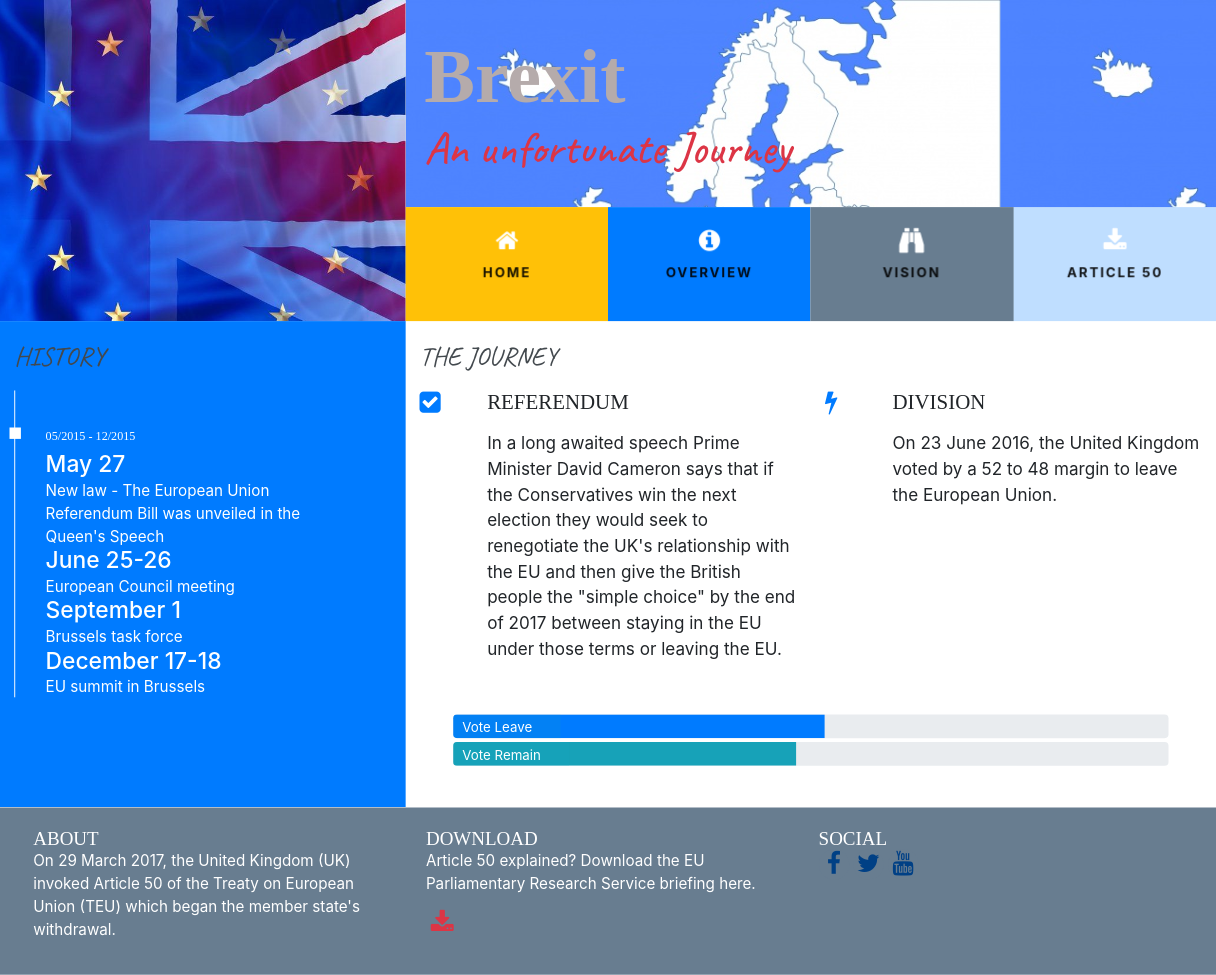
Repository: isiko1/Milestone_Project_One
Page: overview.html
The author's editor kept a record of every edit. The page is drawn from the files as they stood at one moment, then again after the next edit.
The browser window is 1280 px wide. The pictures show the whole page, at 95% of full size.
Some web fonts or font styles are not loaded; a fallback is used.

Above is the page before.

### overview.html
<!DOCTYPE html>
<html lang="en">

<head>
    <meta charset="UTF-8">
    <meta name="viewport" content="width=device-width, initial-scale=1.0">
    <meta http-equiv="X-UA-Compatible" content="ie=edge">
    <link rel="stylesheet" href="https://stackpath.bootstrapcdn.com/bootstrap/4.3.1/css/bootstrap.min.css" type="text/css" />
    <link rel="stylesheet" href="https://stackpath.bootstrapcdn.com/font-awesome/4.7.0/css/font-awesome.min.css" type="text/css" />
    <link rel="stylesheet" href="https://cdnjs.cloudflare.com/ajax/libs/hover.css/2.3.1/css/hover-min.css" type="text/css" />
    <link rel="stylesheet" href="info/css/style.css" type="text/css" />
    <title>Brexit - An unfortunate Journey</title>
</head>

<body>
    <header>
        <div class="row no-gutters">
            <a href="index.html" class="col-md-4 logo-euk">
            </a>
            <div class="col-md-8">
                <div class="row no-gutters bg-color-name-title">
                    <div class="col heading">
                        <h1 class="title">Brexit</h1>
                        <h3 class="subtitle">An unfortunate Journey</h3>
                    </div>
                </div>
                <div class="row no-gutters">
                    <div class="col">
                        <ul id="nav" class="list-inline menucontainer">
                            <li class="col-6 col-sm-3 menu-color-home list-inline-item menu-item">
                                <a href="#" class="hvr-sweep-to-right"><i class="fa fa-home" aria-hidden="true"></i><span>Home</span></a>
                            </li>
                            <li class="col-6 col-sm-3 menu-color-overview list-inline-item menu-item">
                                <a href="#" class="hvr-sweep-to-right"><i class="fa fa-info-circle" aria-hidden="true"></i><span>Overview</span></a>
                            </li>
                            <li class="col-6 col-sm-3 menu-color-vision list-inline-item menu-item">
                                <a href="#" class="hvr-sweep-to-right"><i class="fa fa-binoculars" aria-hidden="true"></i><span>Vision</span></a>
                            </li>
                            <li class="col-6 col-sm-3 menu-color-article list-inline-item menu-item">
                                <a href="#" class="hvr-sweep-to-right"><i class="fa fa-download" aria-hidden="true"></i><span>Article 50</span></a>
                            </li>
                        </ul>
                    </div>
                </div>
            </div>
            <div>
            </div>
    </header>
    <section class="container-fluid">
        <div class="row">
            <div class="col-md-4 bg-color-history section-column">
                <div class="row">
                    <div class="col-12 ">
                        <h3 class="section-heading uppercase ">History</h3>
                    </div>
                </div>
                <div class="timeline-item" data-dates="05/2015 - 12/2015">
                    <h4>May 27</h4>
                    <P>New law - The European Union Referendum Bill was unveiled in the Queen's Speech</P>
                    <h4>June 25-26</h4>
                    <p>European Council meeting</p>
                    <h4>September 1</h4>
                    <P>Brussels task force</P>
                    <h4>December 17-18</h4>
                    <P>EU summit in Brussels</P>
                </div>
            </div>
            <div class="col-md-8 bg-color-members section-column ">
                <div class="row">
                    <div class="col ">
                        <h3 class="section-heading uppercase">The Journey</h3>
                    </div>
                </div>
                <div class="row">
                    <div class="col-10 offset-1 offset-sm-0 col-sm-4 col-md-6">
                        <div class="row">
                            <div class="col-2">
                                <i class="members-icon fa fa-check-square" aria-hidden="true"></i>
                            </div>
                            <div class="col-10">
                                <h4 class="members-heading uppercase ">Referendum</h4>
                                <p class="paragraph-contents ">In a long awaited speech Prime Minister David Cameron says that if the Conservatives win the next election they would seek to renegotiate the UK's relationship with the EU and then give the British people the "simple choice" by the end of 2017 between staying in the EU under those terms or leaving the EU.</p>
                            </div>
                        </div>
                    </div>
                    <div class="col-10 offset-1 offset-sm-0 col-sm-4 col-md-6">
                        <div class="row">
                            <div class="col-2 ">
                                <i class="members-icon fa fa-bolt" aria-hidden="true"></i>
                            </div>
                            <div class="col-10">
                                <h4 class="members-heading uppercase">Division</h4>
                                <p class="paragraph-contents">On 23 June 2016, the United Kingdom voted by a 52 to 48 margin to leave the European Union.</p>
                            </div>
                        </div>
                    </div>
                </div>
                <div class="row progress-section">
                    <div class="col">
                        <div class="progress">
                            <div class="progress-bar" role="progressbar" aria-valuenow="52" aria-valuemin="0" aria-valuemax="100" style="width:52%;">
                                <span class="sr-only">52% complete</span>
                            </div>
                            <span class="progress-type">Vote Leave</span>
                        </div>
                       <div class="progress">
                            <div class="progress-bar bg-info" role="progressbar" aria-valuenow="48" aria-valuemin="0" aria-valuemax="100" style="width:48%;">
                            <span class="sr-only">48% complete</span>
                        </div>
                        <span class="progress-type">Vote Remain</span>
                    </div>
                       </div>
                </div>
            </div>
    </section>
    <footer class="container-fluid">
        <div id="footer-details" class="row">
            <div class="col-sm-4">
                <h5 class="uppercase general">About</h5>
                <p class="inline-block">On 29 March 2017, the United Kingdom (UK) invoked Article 50 of the Treaty on European Union (TEU) which began the member state's withdrawal.</p>
            </div>

            <div class="col-sm-4">
                <h5 class="uppercase general">Download</h5>
                <p class="inline-block">Article 50 explained? Download the EU Parliamentary Research Service briefing here.</p>
                <a href="" target="_blank" class="art-pdf">
            <i class="fa fa-download" aria-hidden="true"></i>
            <span class="sr-only">Download link.</span>
            </a>
            </div>
            <div class="col-sm-4">
                <h5 class="uppercase general">Social</h5>
                <ul class="list-inline social-links">
                    <li class="list-inline-item">
                        <a target="_blank" href="#">
                        <i class="fa fa-facebook" aria-hidden="true"></i>
                        <span class="sr-only">Facebook</span>
                    </a>
                    </li>
                    <li class="list-inline-item">
                        <a target="_blank" href="#">
                        <i class="fa fa-twitter" aria-hidden="true"></i>
                        <span class="sr-only">Twitter</span>
                        </a>
                    </li>
                    <li class="list-inline-item">
                        <a target="_blank" href="#">
                        <i class="fa fa-youtube" aria-hidden="true"></i>
                        <span class="sr-only">YouTube</span>
                        </a>
                    </li>
                </ul>
            </div>
        </div>
    </footer>
</body>

</html>

### info/css/style.css
@import url('https://fonts.googleapis.com/css?family=Caveat:100,200,300,400,500,600,700|Tinos,100,200,300,400,500,600,700');

/*---------Style---------------------------------------------*/

h1,
h2,
h3,
h4,
h5 {
    margin: 0;
}

.uppercase {
    text-transform: uppercase;
}

.general {
    font-family: "Tinos", sans-serif;
    color: #fff;
}

.institutions-item {
    font-size: 26px;
    font-weight: 300;
}

/*................backgoundcolor*/

.bg-color-institutions {
    background-color: #ced2d6;
}

.bg-color-history {
    background-color: #007bff;
}

.bg-color-name-title {
    background-image: url("../images/europe.jpg")
}

.menu-color-home {
    background-color: #ffc107;
}

.menu-color-overview {
    background-color: #007bff;
}

.menu-color-vision {
    background-color: #687d90;
}

.menu-color-article {
    background-color: rgba(0, 123, 255, .25);
}

.bg-pic {
    background-image: url("../images/pm.jpg")
}

/*-------------------Header-----------------*/

header {
    margin: 0;
}

.logo {
    background-image: url("../images/eu.jpg");
    background-position: center;
    background-repeat: no-repeat;
    background-size: cover;
    min-height: 120px;
    transition: all .5s ease-in-out;
    -moz-transition: all .5s ease-in-out;
    -o-transition: all .5s ease-in-out;
    -webkit-transition: all .5s ease-in-out;
}

.logo-uk {
    background-image: url("../images/uk.jpg");
    background-position: center;
    background-repeat: no-repeat;
    background-size: cover;
    min-height: 120px;
    transition: all .5s ease-in-out;
    -moz-transition: all .5s ease-in-out;
    -o-transition: all .5s ease-in-out;
    -webkit-transition: all .5s ease-in-out;

}

.logo-euk {
    background-image: url("../images/flag.jpg");
    background-position: center;
    background-repeat: no-repeat;
    background-size: cover;
    min-height: 120px;
    transition: all .5s ease-in-out;
    -moz-transition: all .5s ease-in-out;
    -o-transition: all .5s ease-in-out;
    -webkit-transition: all .5s ease-in-out;

}

.title {
    font-family: Tinos, sans-serif;
    font-weight: 600;
    font-size: 5rem;
    margin-top: 2rem;
    color: #b5abab;
    padding-left: 20px;
}


.subtitle {
    font-family: Caveat, sans-serif;
    font-weight: 500;
    font-size: 3rem;
    margin-bottom: 2rem;
    color: #dc3545;
    padding-left: 20px;
}

.list-inline-item:not(:last-child) {
    margin: 0;
}

/*---------------Menu Items-----------------*/

.menucontainer {
    font-size: 0;
}

#nav {
    margin: 0;
}

#nav li {
    font-size: 14px;
}

.menu-item {
    height: 120px;
    text-align: center;
    padding: 0;
}

.menu-item a {
    width: 100%;
    text-decoration: none;
    color: #fff;
    height: 120px;
}

.menu-item a i {
    padding-top: 22px;
    display: block;
    font-size: 26px;
}

.menu-item span {
    display: block;
    width: 100%;
    text-align: center;
    padding-top: 10px;
    text-transform: uppercase;
    letter-spacing: 2px;
    color: rgba(0, 0, 0, .9);
    font-weight: bold
}

.section-heading {
    margin-top: 20px;
    margin-bottom: 20px;
    font-family: "Caveat", sans-serif;
    font-weight: 300;
    color: #43494e;
}

.members-heading {
    font-family: "Tinos", sans-serif;
    font-size: 22px;
    margin-bottom: 15px;

}

.paragraph-contents {
    font-size: 18px;
}

/*------------------------------------hover/footer-----*/

.hvr-sweep-to-right:before {
    background-color: #9fecb1;
    transition-timing-function: ease-in;
    transition-delay: 0.1s;
}

footer {
    background-color: #687d90;
    min-height: 120px;
    color: #fff;
    margin: 0;
}

.art-pdf i {
    font-size: 26px;
    color: #dc3545;
    text-align: center;
    padding-left: 5px;
    -moz-transition: all 0.35s ease-in-out;
    -webkit-transition: all 0.35s ease-in-out;
    -o-transition: all 0.35s ease-in-out;
}

.art-pdf i:hover {
    color: rgba(0, 123, 255, .25);
}

.social-links {
    padding-bottom: 15px;
}

.social-links li a i {
    width: 32px;
    height: 32px;
    padding: 12px 0;
    border-radius: 50%;
    font-size: 26px;
    line-height: 7px;
    text-align: center;
    color: #004085;
    background-color: #687d90;
    -moz-transition: all 0.35s ease-in-out;
    -webkit-transition: all 0.35s ease-in-out;
    -o-transition: all 0.35s ease-in-out;

}

.social-links li a i:hover {
    background: #dc3545;
}

#footer-details {
    padding: 20px;

}

/*--------------------Members----------*/

.members-icon {
    font-size: 26px;
    color: #007bff;
}

/*--------------------Votes----------*/

.progress {
    position: relative;
    height: 25px;
    margin-bottom: 4px;

}

.progress-type {
    position: absolute;
    left: 0px;
    font-size: 14px;
    font-weight: 400;
    padding: 3px 30px 2px 10px;
    color: #fff;
    background-color: #17a2b829;
}

.progress-section {
    margin: 40px 20px;
}

.timeline-item {
    padding: 4em 2em 0em 2em;
    position: relative;
    color: #fff;
    border-left: 1px solid;
}

.timeline-item p {
    padding: 0;
    margin: 0;
}

.timeline-item:before {
    content: attr(data-dates);
    position: absolute;
    left: 2.5em;
    top: 3em;
    display: block;
    font-family: "Tinos", sans-serif;
    font-weight: 500;
    font-size: 0.8em;
    padding: 0;
    margin: 0;
}
.timeline-item:after {
    width: 12px;
    height: 12px;
    display: block;
    top: 2.4em;
    position: absolute;
    left: -6px;
    border-radius: 12p;
    content: " ";
    background-color: #fff;
}

After the next edit:
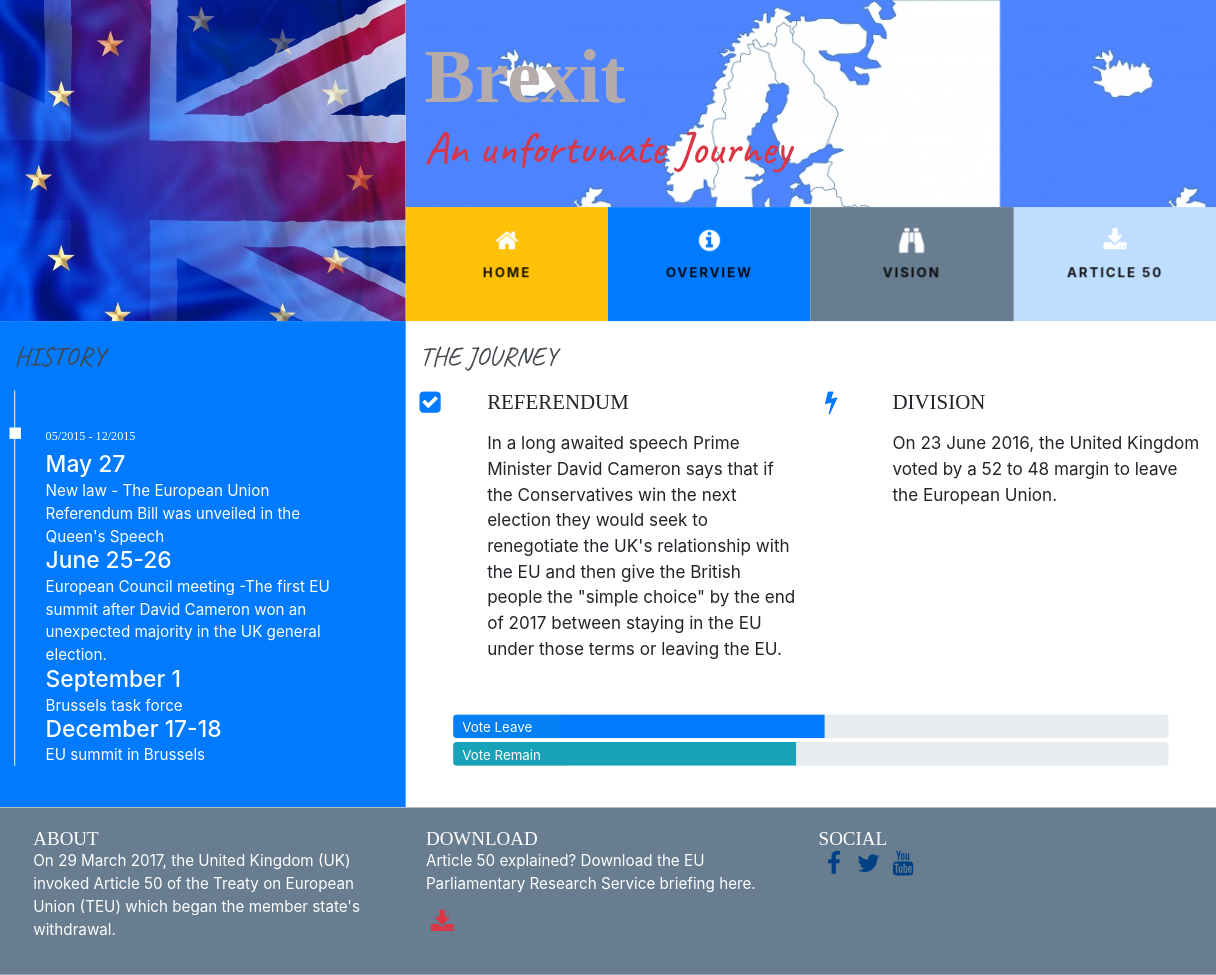
The edit:
--- a/overview.html
+++ b/overview.html
@@ -58,7 +58,7 @@
                     <h4>May 27</h4>
                     <P>New law - The European Union Referendum Bill was unveiled in the Queen's Speech</P>
                     <h4>June 25-26</h4>
-                    <p>European Council meeting</p>
+                    <p>European Council meeting -The first EU summit after David Cameron won an unexpected majority in the UK general election.</p>
                     <h4>September 1</h4>
                     <P>Brussels task force</P>
                     <h4>December 17-18</h4>
